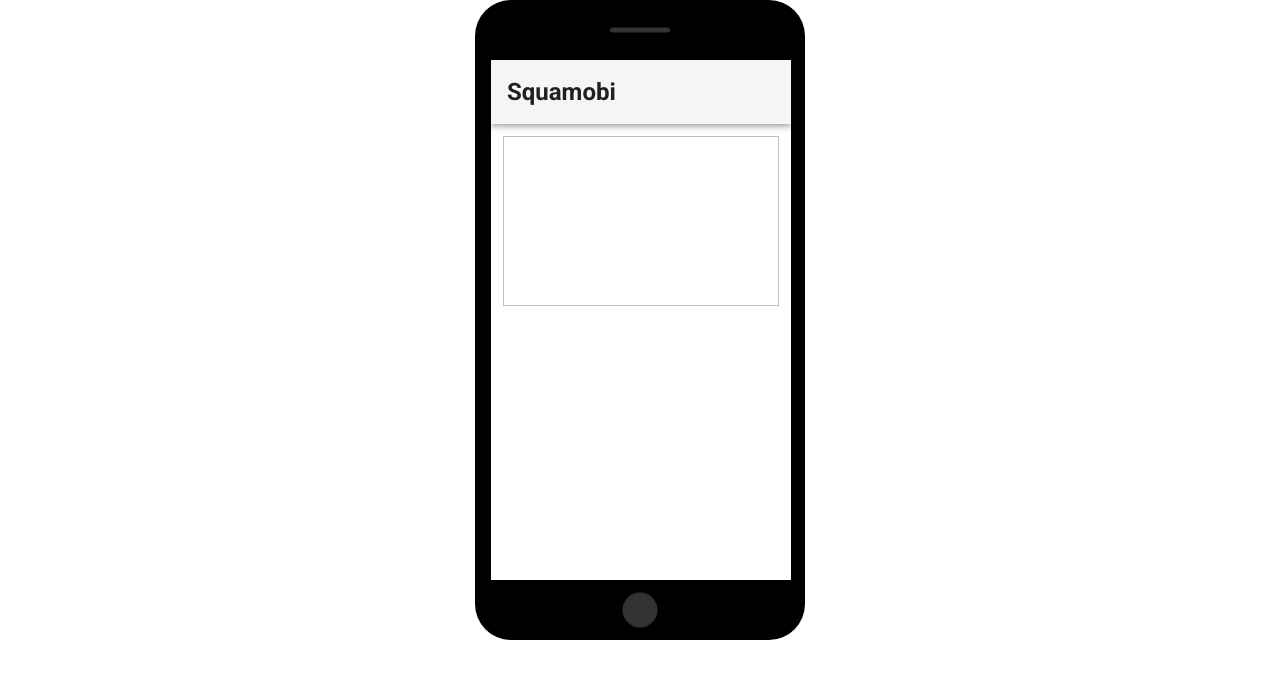
Repository: Keepnox/squamobi-interview
Page: /8178fd7b-9544-4c42-a0b8-7daf705d621c
An editor plug-in stored every save of this project. The page is shown before and after the next save, followed by the edit.
The browser window is 1280 px wide. The pictures show the whole page.
The project was rebuilt for these pictures with package versions that can differ from the ones it lists, and the page was loaded fresh each time. Also part of the build but not shown: vue.config.js, src/components/TodoItem.vue.

Above is the page before, as saved 2022-01-17 01:25:52.

### src/App.vue
<template>
  <smartphone>
    <v-app>
    <v-main>
        <v-app-bar >
          <h2>Squamobi</h2>
        </v-app-bar>

      <!-- Provides the application the proper gutter -->
      <v-container fluid>

        <!-- If using vue-router -->
        <router-view></router-view>
      </v-container>
    </v-main>

  </v-app>
  </smartphone>

</template>

<script>
import Smartphone from './components/Smartphone.vue';

export default {
  name: 'App',

  components: {
    Smartphone,
  },

  data: () => ({
    //
  }),
};
</script>

### src/router/index.js
import Vue from "vue";
import VueRouter from "vue-router";
import Home from "../views/Home.vue";

Vue.use(VueRouter);

const routes = [
  {
    path: "/",
    name: "Home",
    component: Home,
  },
  {
    path: "/:id",
    name: "ItemIndex",

    component: () => import("../views/Items.vue"),
  },
];

const router = new VueRouter({
  mode: "history",
  base: process.env.BASE_URL,
  routes,
});

export default router;

### src/components/Smartphone.vue
<template>
  <div class="smartphone">
    <div class="content">
      <slot> </slot>
    </div>
  </div>
</template>

<style scoped>

.smartphone {
  position: relative;
  width: 330px;
  height: 640px;
  margin: auto;
  border: 16px black solid;
  border-top-width: 60px;
  border-bottom-width: 60px;
  border-radius: 36px;
}

/* The horizontal line on the top of the device */
.smartphone:before {
  content: '';
  display: block;
  width: 60px;
  height: 5px;
  position: absolute;
  top: -30px;
  left: 50%;
  transform: translate(-50%, -50%);
  background: #333;
  border-radius: 10px;
}

/* The circle on the bottom of the device */
.smartphone:after {
  content: '';
  display: block;
  width: 35px;
  height: 35px;
  position: absolute;
  left: 50%;
  bottom: -65px;
  transform: translate(-50%, -50%);
  background: #333;
  border-radius: 50%;
}

/* The screen (or content) of the device */
.smartphone .content {
  width: 300px;
  height: 520px;
  background: white;
}

.content > * {
  min-height: 100%;
  height: 100%;
}
</style>

### src/views/Home.vue
<template>
  <div id="listOuter">
    <TodoItem
      :to="esea"
      v-for="(t, index) in todoData"
      :key="index"
      :title="t.title"
      :id="t.id"
      :desc="t.description"
      :image="t.image"
      v-on:removeClick="removeItem(t.id)"
    ></TodoItem>

    <v-btn
          class="add-button"
          color="primary"
          elevation="3"
          fab
          v-on:click="dialog = !dialog"
        ><span style="font-size:34px;">+</span></v-btn>
        <v-card class="popup" v-if="dialog">
          <div class="popup-title">Add Todo</div>
          <v-text-field
            label="Title"
            hide-details="auto"
            v-model="title"
          ></v-text-field>
          <v-text-field
            label="Description"
            hide-details="auto"
            v-model="description"
          ></v-text-field>
          <v-text-field
            label="Image Url"
            hide-details="auto"
            v-model="image"
          ></v-text-field>
          <v-btn class="add" v-on:click="addTodo">
            Add
          </v-btn>
        </v-card>
  </div>
</template>

<script>

import TodoItem from '@/components/TodoItem.vue'
import { v4 as uuidv4 } from 'uuid';

export default {
  name: 'Home',
  components: {TodoItem},
  data () {
    return {
      todoData: [],
      dialog: false,
      image: "",
      description: "",
      title: ""
    }
  },
  watch: {
    dialog(val) {
      if(val) {
        document.getElementsByTagName('body')[0].classList.add('popup-active')
      } else {
        document.getElementsByTagName('body')[0].classList.remove('popup-active')
      }
    }
  },
  mounted () {
    this.todoData = JSON.parse(localStorage.getItem('todo'))
  },
  created() {
    let defaultData = JSON.parse(localStorage.getItem('todo')) || [
        {
          title: "First Item",
          description: 'First Item Todo...',
          image: "https://unsplash.it/640/425?random",
          id: uuidv4()
        },

      ]
    localStorage.setItem('todo', JSON.stringify(defaultData))
  },
  methods: {
    removeItem(item) {
      console.log(item)
      let allData = this.todoData
      var filteredData = allData.filter(i => i.id != item);
      localStorage.setItem('todo', JSON.stringify(filteredData))
      this.todoData = filteredData
    },
    addTodo() {
      this.todoData.push(
        {
          title: this.title,
          description: this.description,
          image: this.image,
          id: uuidv4()
        }
      );
      localStorage.setItem('todo', JSON.stringify(this.todoData));
      this.dialog = false;
    }
  }
}
</script>

<style >
.v-application--wrap {
  height: 100%;
  min-height: 100%;
  overflow: hidden;
  overflow-y: scroll;
}
.v-main, v-main__wrap {
  height: 100%;
}
.v-main .container {
  height: calc(100% - 55px);
}
.list-outer
.list-outer {
  position: relative;
  height: 100%;
  width: 100%;
}
.add-button {
  position: fixed;
  right: 50%;
  transform: translatex(220%);
  top: 500px;
}
.popup {
  position: absolute;
  padding: 15px;
  width: 90%;
  top: 50%;
  transform: translateY(-50%);
}
.popup .add {
  margin-top: 20px;
  float: right;
}
.popup .popup-title {
  font-weight: 900;
}
</style>

### src/views/Items.vue
<template>
  <div id="itemPage">
    <img :src="item.image"  alt="">
    <h3>{{item.title}}</h3>
    <p>{{item.description}}</p>
  </div>
</template>

<script>
export default {
  data() {
    return {
      item: {}
    }
  },
  mounted() {
    let data = JSON.parse(localStorage.getItem('todo'))
    console.log(data)
    this.item = data.find(d => d.id === this.$route.params.id)
  }
}
</script>

<style scoped>
#itemPage img {
  width: 100%;
  height: 170px;
  object-fit: cover;
}
</style>

Loaded but not shown: public/index.html (common file); src/main.js (common file); src/plugins/vuetify.js (common file)

After the next save:
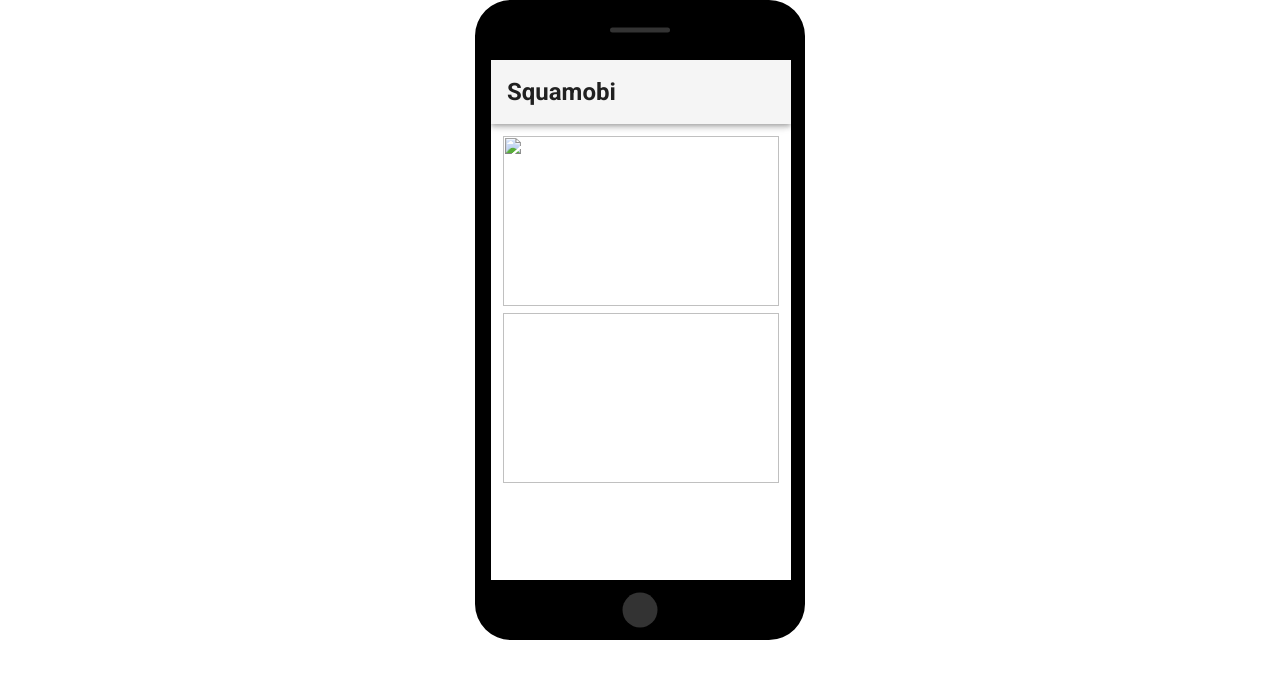
Saved 94 s later.
--- a/src/views/Items.vue
+++ b/src/views/Items.vue
@@ -1,5 +1,6 @@
 <template>
   <div id="itemPage">
+    <img src="" alt="">
     <img :src="item.image"  alt="">
     <h3>{{item.title}}</h3>
     <p>{{item.description}}</p>
@@ -22,6 +23,11 @@ export default {
 </script>
 
 <style scoped>
+#itemPage {
+position: relative;
+  height: 100%;
+  width: 100%;
+}
 #itemPage img {
   width: 100%;
   height: 170px;
